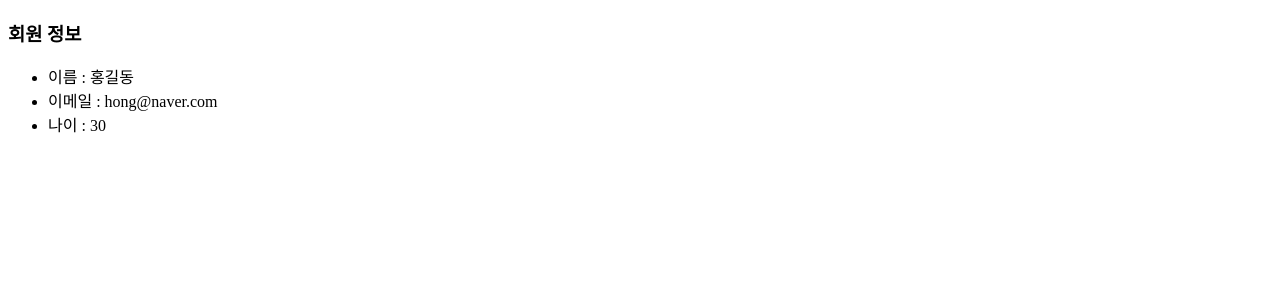
Repository: fatesky25/JSPprogram
Page: http://localhost/ServletProject/jstl/setEx.jsp
The author's editor kept a copy of each file at every save. The page is drawn from the files as they stood at one save, then again after the next save.
The browser window is 1280 px wide. The pictures show the whole page.
The page is served by Tomcat 9. Nobody is signed in. The application's start-up code is not run. Other server files are loaded and not shown.

Above is the page before, as saved 2023-02-16 02:48:53.

### ServletProject/src/main/webapp/jstl/setEx.jsp
<%@ page language="java" contentType="text/html; charset=UTF-8"
    pageEncoding="UTF-8"%>
<%@ taglib prefix="c" uri="http://java.sun.com/jsp/jstl/core" %>
<jsp:useBean id="vo" class="com.jstl.MemberVO" />
<!DOCTYPE html>
<html>
<head>
<meta charset="UTF-8">
<title></title>
</head>
<body>
<c:set target="${vo}" property="name" value="홍길동" />
<c:set target="${vo}" property="email">
hong@naver.com
</c:set>

<c:set var="age" value="30" />
<c:set target="${vo}" property="age" value="${age}" />

<h3>회원 정보</h3>
<ul>
   <li>이름 : ${vo.name}</li>
   <li>이메일 : ${vo.email}</li>
   <li>나이 : ${vo.age}</li>


</ul>

</body>
</html>

### ServletProject/src/main/java/com/jstl/MemberVO.java
package com.jstl;

public class MemberVO {

	private String name;
	private String email;
	private int age;

	public MemberVO() {  }

	public MemberVO(String name, String email, int age) {
		this.name= name;
		this.email = email;
		this.age = age;
	}

	public String getName() {
		return name;
	}

	public void setName(String name) {
		this.name = name;
	}

	public String getEmail() {
		return email;
	}

	public void setEmail(String email) {
		this.email = email;
	}

	public int getAge() {
		return age;
	}

	public void setAge(int age) {
		this.age = age;
	}

}

After the next save:
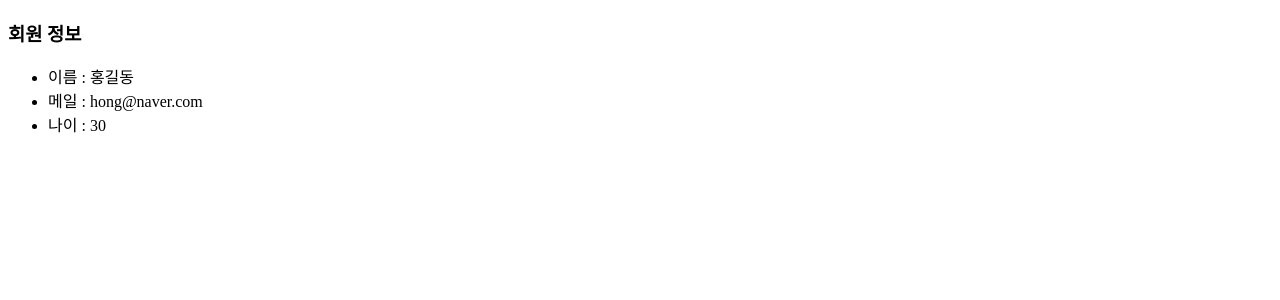
Saved 40 s later.
--- a/ServletProject/src/main/webapp/jstl/setEx.jsp
+++ b/ServletProject/src/main/webapp/jstl/setEx.jsp
@@ -19,10 +19,9 @@ hong@naver.com
 
 <h3>회원 정보</h3>
 <ul>
-   <li>이름 : ${vo.name}</li>
-   <li>이메일 : ${vo.email}</li>
-   <li>나이 : ${vo.age}</li>
-
+   <li>이름 : ${vo.name }</li>
+   <li>메일 : ${vo.email }</li>
+   <li>나이 : ${vo.age }</li>
 
 </ul>
 
